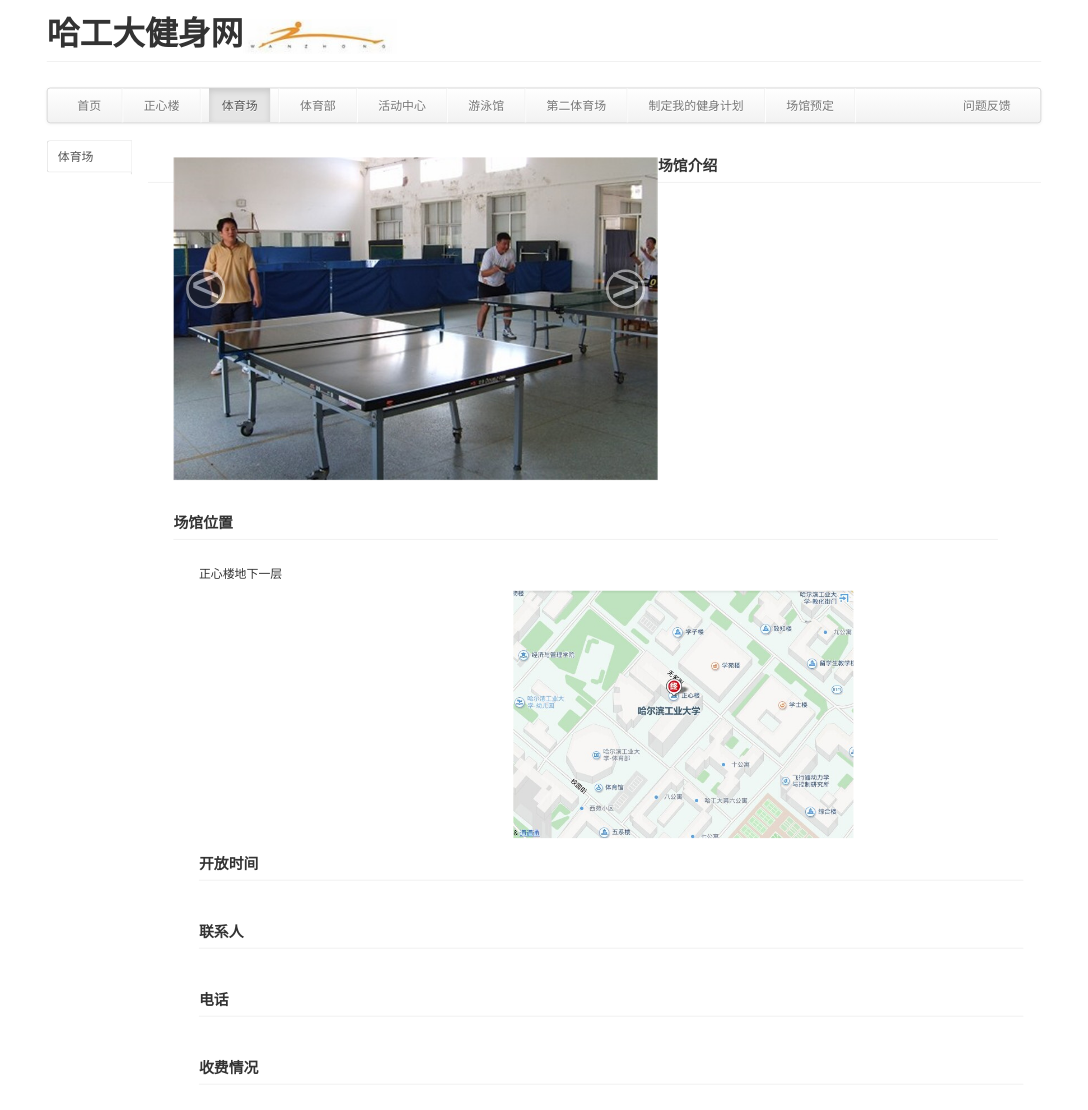
Repository: hitDeveloper/fitness
Page: http://localhost/project/gym.jsp
An editor plug-in stored every save of this project. The page is shown before and after the next save, followed by the edit.
The browser window is 1280 px wide. The pictures show the whole page, at 85% of full size.
The page is served by Tomcat 9. Nobody is signed in. The application's start-up code is not run.

Above is the page before, as saved 2014-11-04 14:45:15.

After the next save:
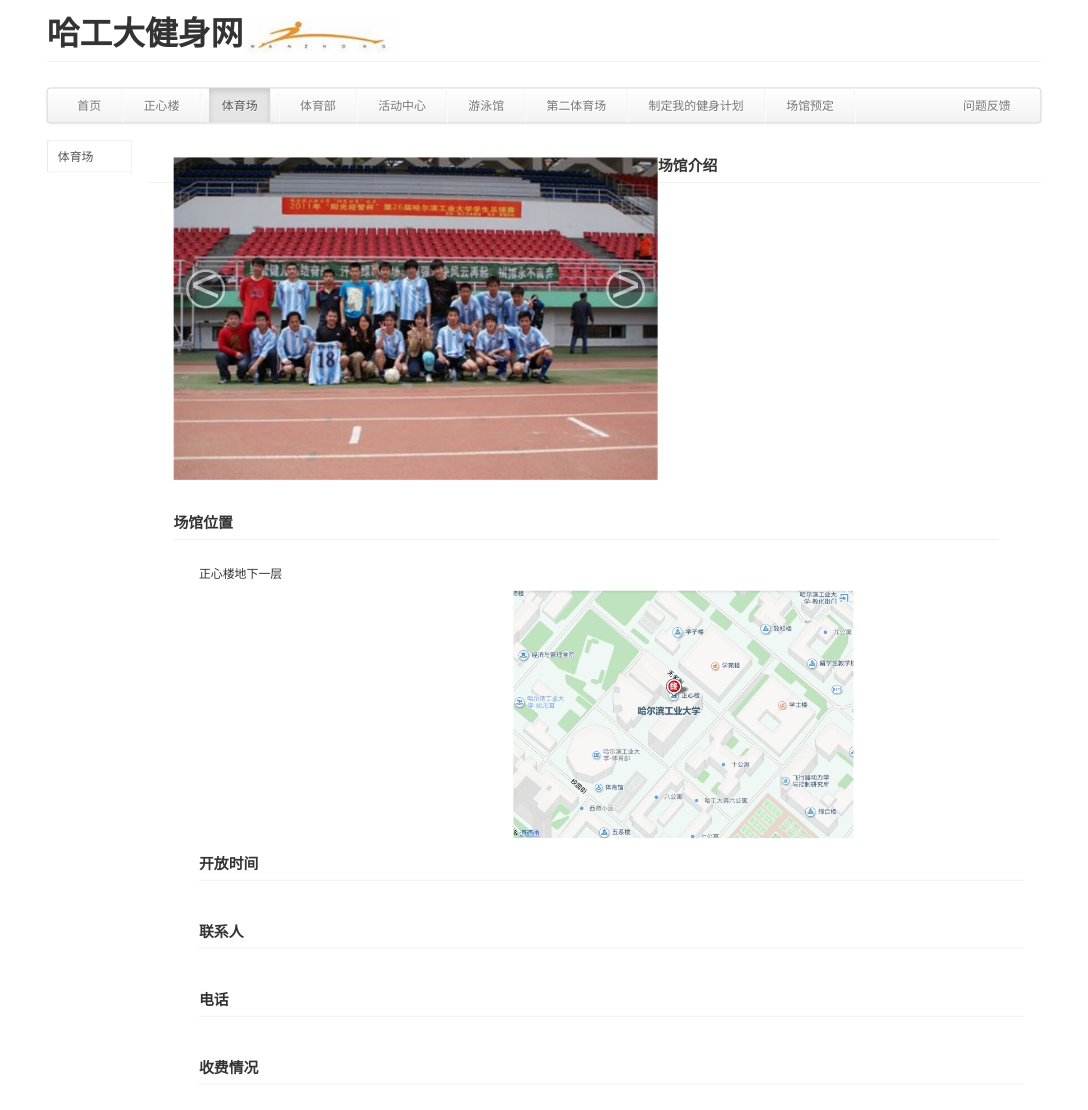
Saved 5 min 59 s later.
--- a/Project/project/WebRoot/gym.jsp
+++ b/Project/project/WebRoot/gym.jsp
@@ -50,16 +50,16 @@
 <div class="carousel slide" id="carousel1">
 <div class="carousel-inner">
 <div class="item active">
-<img src="image/gym/zhengxinlou/pingpangqiu/200791011446618.jpg" alt="">
+<img src="image/gym/tiyuchang/663649004.jpg" alt="">
 </div>
 <div class="item">
-<img src="image/gym/zhengxinlou/pingpangqiu/160S0355A4.jpg" alt="">
+<img src="image/gym/tiyuchang/20096181162573566.jpg" alt="">
 </div>
 <div class="item">
-<img src="image/gym/zhengxinlou/pingpangqiu/7096_1324380234pF3x.jpg" alt="">
+<img src="image/gym/tiyuchang/cg(1).jpg" alt="">
 </div>
 <div class="item">
-<img src="image/gym/zhengxinlou/pingpangqiu/2013222161721926.jpg" alt="">
+<img src="image/gym/tiyuchang/20070924092256.jpg" alt="">
 </div>
 </div>
 <a href="#carousel1" data-slide="prev" class="left carousel-control"><</a>
